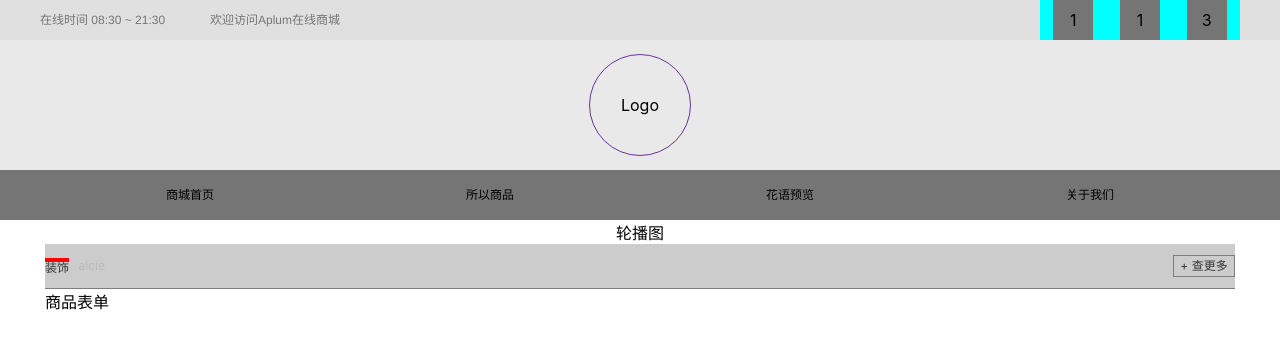
Repository: Alicehhhmm/aplum
Page: /
The author's editor kept a copy of each file at every save. The page is drawn from the files as they stood at one save, then again after the next save.
The browser window is 1280 px wide. The pictures show the whole page.
The project was rebuilt for these pictures with package versions that can differ from the ones it lists, and the page was loaded fresh each time. Also part of the build but not shown: src/components/footer/index.jsx, src/components/carousel/index.scss, src/components/productList/index.scss, src/App.css.

Above is the page before, as saved 2021-10-11 16:52:11.

After the next save:
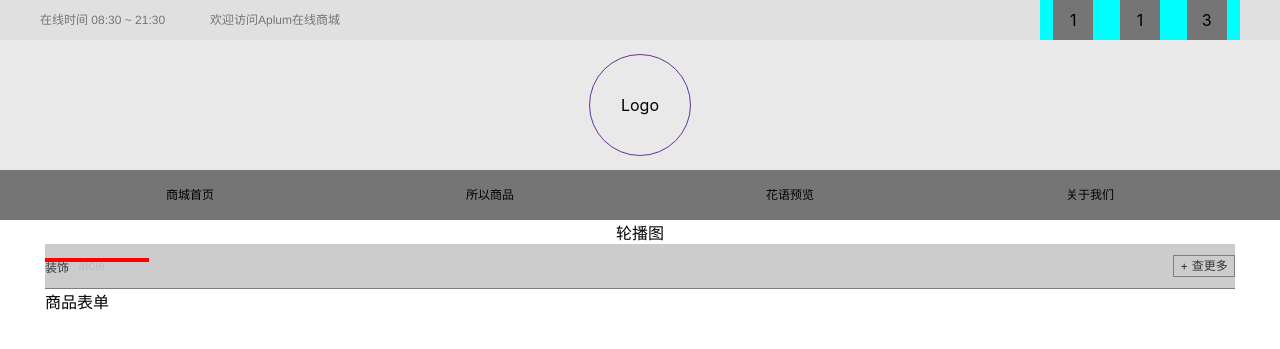
Saved 9 s later.
--- a/src/components/productList/topList/index.scss
+++ b/src/components/productList/topList/index.scss
@@ -22,7 +22,7 @@
         }
         :after{
             content:'';
-            width: 20px;
+            width: 100px;
             // height: 20px;
             display: flex;
             flex-direction: row;
